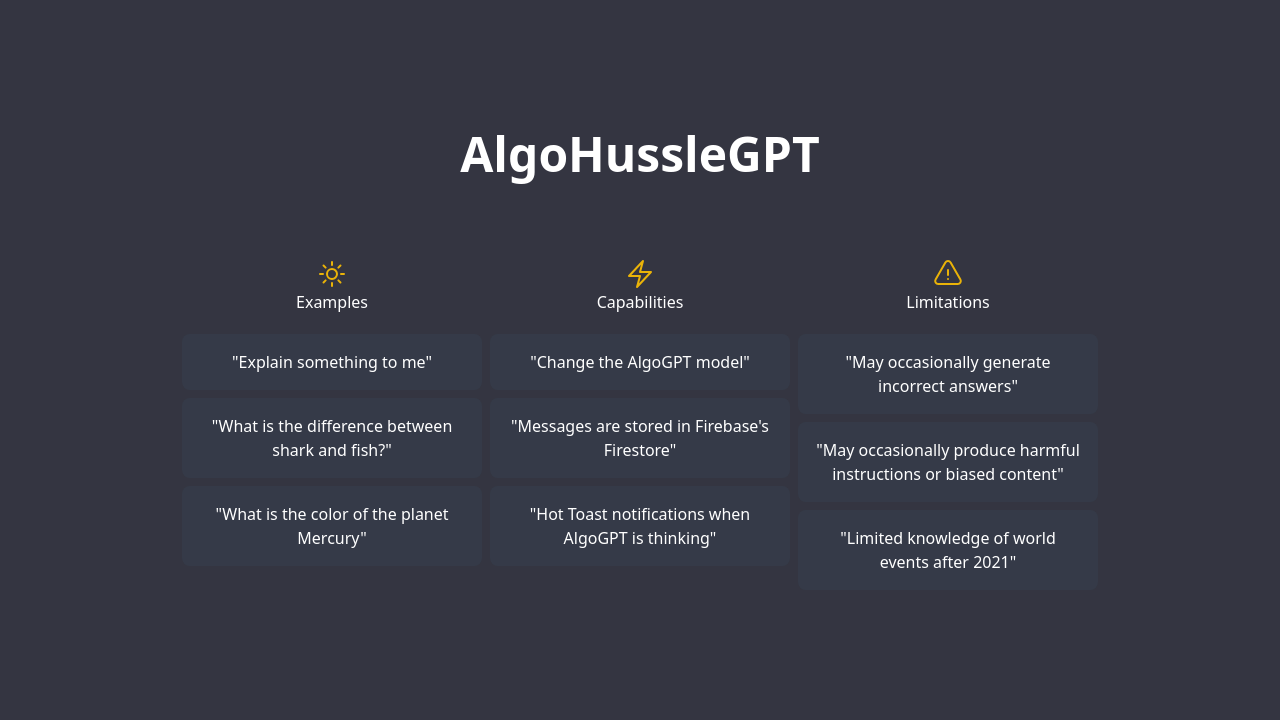
Repository: AlgoHussle/algo-gpt
Page: /
The author's editor kept a copy of each file at every save. The page is drawn from the files as they stood at one save, then again after a run of saves.
The browser window is 1280 px wide. The pictures show the whole page.
The project was rebuilt for these pictures with package versions that can differ from the ones it lists, and the page was loaded fresh each time. The framework's server and built-in components were replaced by stand-ins that run in the browser. Also part of the build but not shown: next.config.js.

Above is the page before, as saved 2023-02-08 16:20:28.

After the next 3 saves:
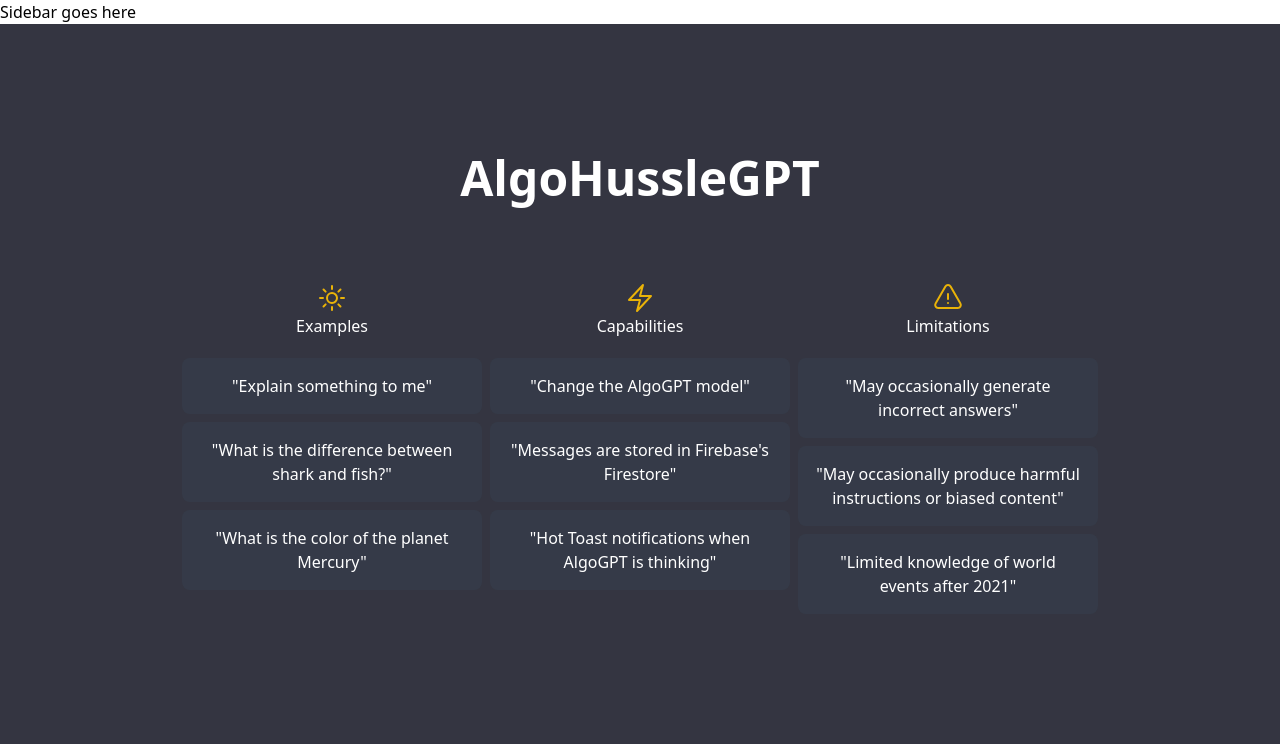
The 3 saves are shown as one change because 1 did not build or start and some came seconds apart.
The last was saved 62 s later.
--- a/app/layout.tsx
+++ b/app/layout.tsx
@@ -1,3 +1,4 @@
+import SideBar from '../components/SideBar'
 import '../styles/globals.css'
 
 export default function RootLayout({
@@ -11,7 +12,7 @@
       <body>
         <div>
         {/* Sidebar */}
-
+        <SideBar />
         {/* ClientProvider - notfication */}
 
         <div className='bg-[#343541] flex-1'>{children}</div>
